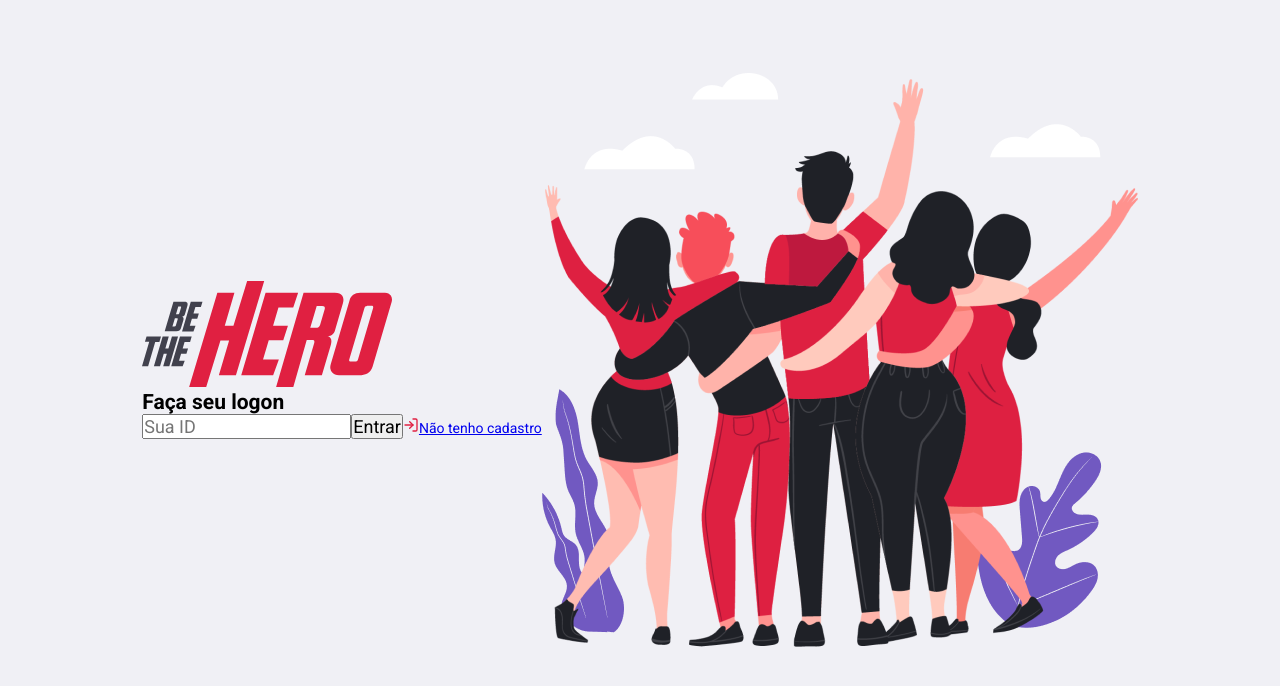
Repository: pedroevangelista/be-the-hero
Page: / (app in frontend/)
The author's editor kept a copy of each file at every save. The page is drawn from the files as they stood at one save, then again after the next save.
The browser window is 1280 px wide. The pictures show the whole page.
The project was rebuilt for these pictures with package versions that can differ from the ones it lists, and the page was loaded fresh each time.

Above is the page before, as saved 2020-03-25 12:17:51.

After the next save:
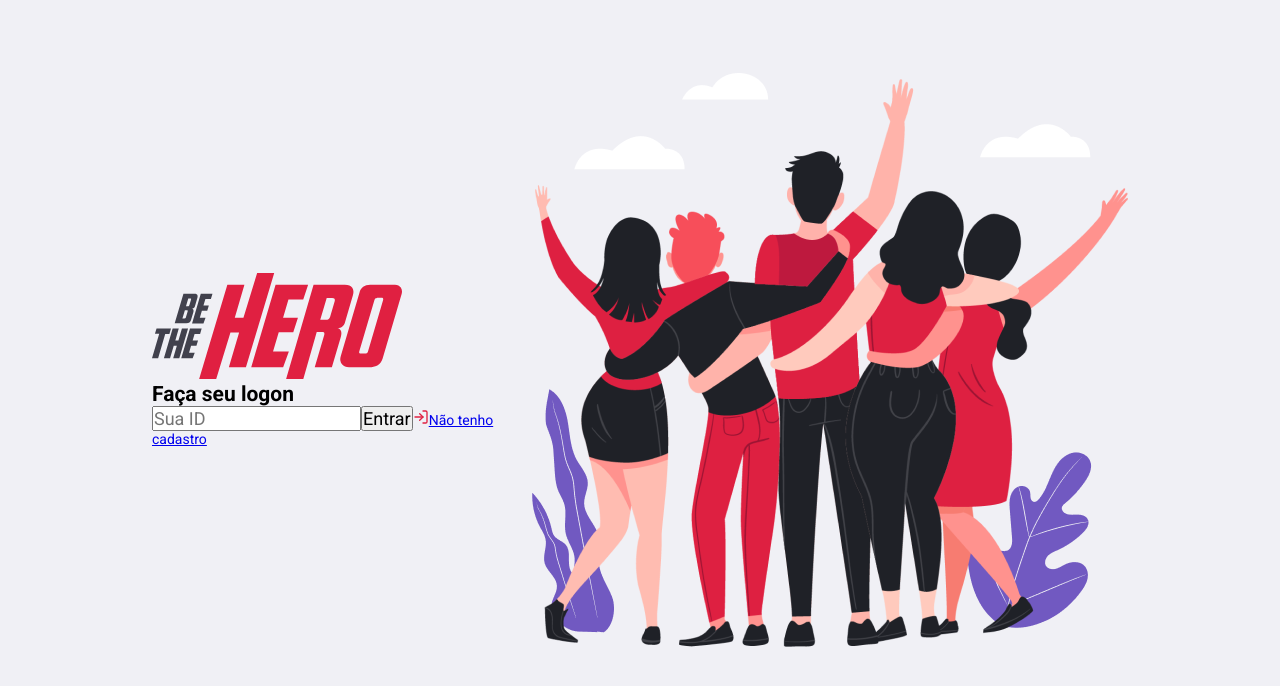
Saved 92 s later.
--- a/frontend/src/pages/Logon/styles.css
+++ b/frontend/src/pages/Logon/styles.css
@@ -7,3 +7,9 @@
     align-items: center;
     justify-content: center;
 }
+
+.logon-container section.form {
+    width: 100%;
+    max-width: 350px;
+    margin-right: 30px;
+}
